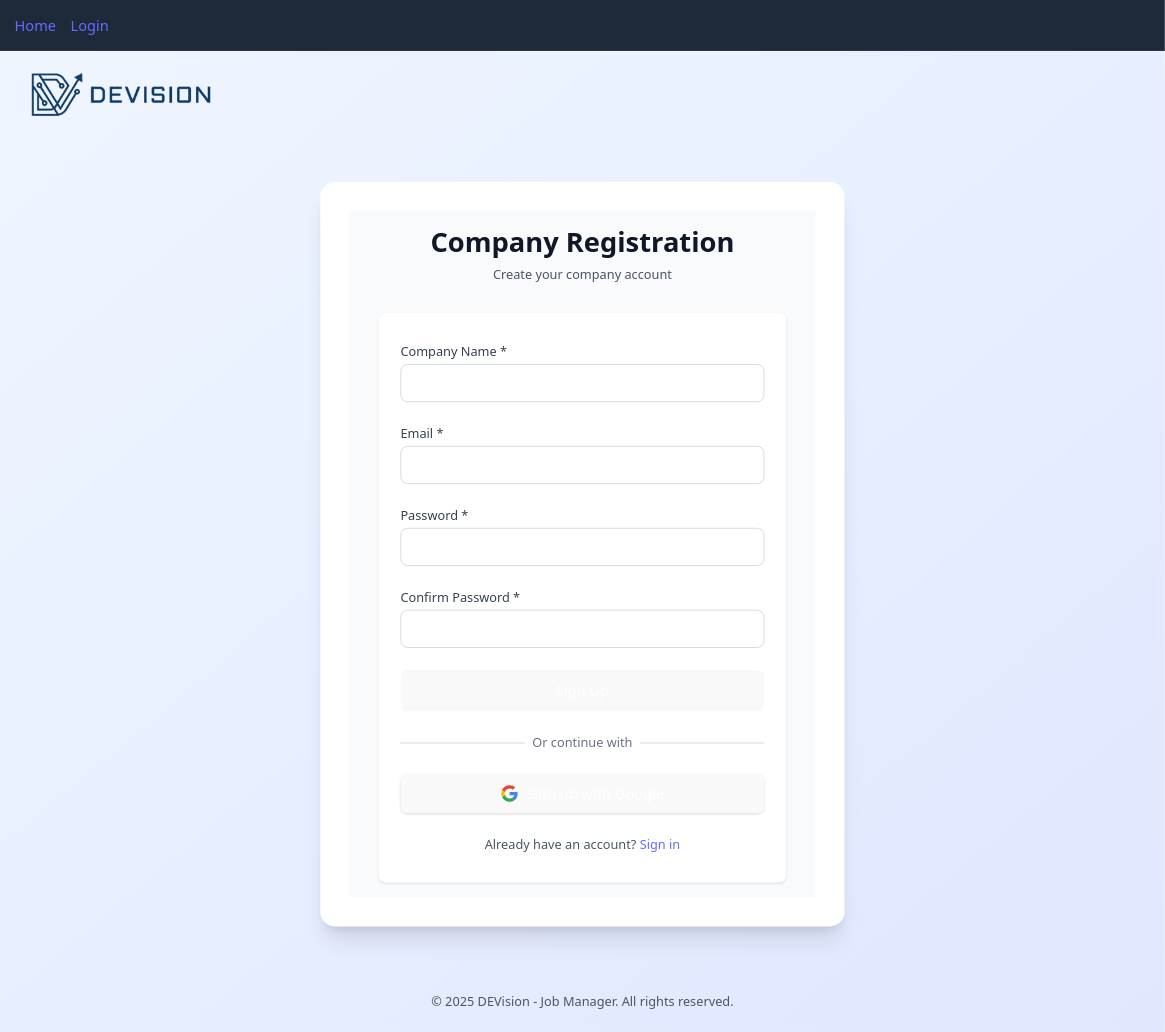
Repository: ISYS3461-2025C-Mulan-DEVision/JobManager_FE
Page: /register
These files come from the project's save history. The page is drawn as it stood at one moment and after the next save; the edit follows.
The browser window is 1280 px wide. The pictures show the whole page, at 91% of full size.
The project was rebuilt for these pictures with package versions that can differ from the ones it lists, and the page was loaded fresh each time. Also part of the build but not shown: vite.config.js, src/pages/Home.tsx, src/components/headless/Table/Table.tsx, src/components/headless/Modal/Modal.tsx, src/components/ui/Card/Card.tsx, src/components/ui/Spinner/Spinner.tsx, src/components/ui/Alert/Alert.tsx, src/components/feature/Authentication/CompanyLogin/CompanyLoginForm.tsx and 4 more.

Above is the page before, as saved 2025-12-12 14:04:56.

### index.html
<!doctype html>
<html lang="en">
  <head>
    <meta charset="UTF-8" />
    <link rel="icon" type="image/svg+xml" href="/logo/logo-icon.png" />
    <meta name="viewport" content="width=device-width, initial-scale=1.0" />
    <title>jobmanager-fe</title>
  </head>
  <body>
    <div id="root"></div>
    <script type="module" src="/src/main.jsx"></script>
  </body>
</html>

### src/main.tsx
import React, { StrictMode } from "react";
import { createRoot } from "react-dom/client";
import "./index.css";
import { BrowserRouter } from "react-router-dom";
import App from "./App.js";
import { Provider } from "react-redux";
import store from "./store/index.js";

const container = document.getElementById("root")!;
if (!container) {
    throw new Error("Root container not found");
} else {
    createRoot(container).render(
        <StrictMode>
            <Provider store={store}>
                <BrowserRouter>
                    <App />
                </BrowserRouter>
            </Provider>
        </StrictMode>,
    );
}

### src/index.css
@import "tailwindcss";

:root {
    font-family: system-ui, Avenir, Helvetica, Arial, sans-serif;
    line-height: 1.5;
    font-weight: 400;

    color-scheme: light dark;
    color: rgba(255, 255, 255, 0.87);
    background-color: #242424;

    font-synthesis: none;
    text-rendering: optimizeLegibility;
    -webkit-font-smoothing: antialiased;
    -moz-osx-font-smoothing: grayscale;
}

a {
    font-weight: 500;
    color: #646cff;
    text-decoration: inherit;
}
a:hover {
    color: #535bf2;
}

body {
    margin: 0;
    min-width: 320px;
    min-height: 100vh;
}

h1 {
    font-size: 3.2em;
    line-height: 1.1;
}

button {
    border-radius: 8px;
    border: 1px solid transparent;
    padding: 0.6em 1.2em;
    font-size: 1em;
    font-weight: 500;
    font-family: inherit;
    background-color: #1a1a1a;
    cursor: pointer;
    transition: border-color 0.25s;
}
button:hover {
    border-color: #646cff;
}
button:focus,
button:focus-visible {
    outline: 4px auto -webkit-focus-ring-color;
}

@media (prefers-color-scheme: light) {
    :root {
        color: #213547;
        background-color: #ffffff;
    }
    a:hover {
        color: #747bff;
    }
    button {
        background-color: #f9f9f9;
    }
}

### src/App.tsx
import { Routes, Route, Link, useLocation } from "react-router-dom";
import Home from "./pages/Home";
import LoginPage from "./pages/LoginPage";
import RegistrationPage from "./pages/RegistrationPage";

function App() {
    const location = useLocation();
    const isAuthPage = location.pathname === "/login";

    return (
        <div>
            {!isAuthPage && (
                <nav className="p-4 bg-gray-800 text-white flex gap-4">
                    <Link to="/">Home</Link>
                    <Link to="/login">Login</Link>
                </nav>
            )}

            <Routes>
                <Route path="/" element={<Home />} />
                <Route path="/login" element={<LoginPage />} />
                <Route path="/register" element={<RegistrationPage />} />
            </Routes>
        </div>
    );
}

export default App;

### src/store/index.ts
import configureStore from "./configureStore";
const store = configureStore();
export default store;

### src/pages/RegistrationPage.tsx
import React from "react";
import { CompanySignup } from "../components/feature/Authentication/CompanySignup";
import AuthLayout from "../layout/AuthLayout";

export default function RegistrationPage() {
    return (
        <AuthLayout>
            <CompanySignup />
        </AuthLayout>
    );
}

### src/store/configureStore.ts
import { createStore, applyMiddleware, Store } from "redux";
import { createLogger } from "redux-logger";
import createSagaMiddleware from "redux-saga";
import { enableBatching } from "redux-batched-actions";
import createReducer from "./reducers";
import rootSaga from "./saga";

const configureStore = (initialState = {}): Store => {
    const rootReducer = createReducer();
    const sagaMiddleware = createSagaMiddleware();

    const middlewares = [sagaMiddleware];

    const isDev = import.meta.env.VITE_NODE_ENV === "development";

    if (isDev) {
        const loggerMiddleware = createLogger({
            collapsed: () => true,
        });
        (middlewares as any[]).push(loggerMiddleware);
    }

    const store = createStore(
        enableBatching(rootReducer),
        initialState,
        applyMiddleware(...middlewares),
    );

    sagaMiddleware.run(rootSaga);

    return store;
};

export default configureStore;

### src/redux/app/actions.ts
import * as types from "./type";

const setLoading = (payload: boolean) => ({ type: types.SET_LOADING, payload });
const setError = (payload: string | null) => ({
    type: types.SET_ERROR,
    payload,
});
const setInitialized = (payload: boolean) => ({
    type: types.SET_INITIALIZED,
    payload,
});
const reset = () => ({ type: types.RESET });

const toggleLoadingAsync = (payload: boolean) => ({
    type: types.TOGGLE_LOADING_ASYNC,
    payload,
});

export default {
    setLoading,
    setError,
    setInitialized,
    reset,
    toggleLoadingAsync,
};

### src/components/feature/Authentication/CompanySignup/index.ts
export { CompanySignup } from "./CompanySignup.tsx";
export { CompanySignupForm } from "./CompanySignupForm.tsx";
export type { SignupPayload, SignupResponse, AuthError } from "./types";

### src/store/reducers.ts
import { combineReducers } from "redux";
import { reducers } from "../redux";
import _ from "lodash";

const appReducer = combineReducers(reducers);
export default function createReducer() {
    const rootReducer = (state, action) => {
        if (action.type === "FORCE_UPDATE_GLOBAL_STATE") {
            return appReducer(_.cloneDeep(action.payload), action as never);
        }
        return appReducer(state, action as never);
    };

    return rootReducer;
}

### src/store/saga.ts
import { all, fork } from "redux-saga/effects";
import { sagas } from "../redux";

export default function* rootSaga() {
    yield all([...Object.values(sagas)].map(fork));
}

### src/redux/app/type.ts
const prefix = "APP/";

export const SET_LOADING = `${prefix}SET_LOADING`;
export const SET_ERROR = `${prefix}SET_ERROR`;
export const SET_INITIALIZED = `${prefix}SET_INITIALIZED`;
export const RESET = `${prefix}RESET`;

// test async action
export const TOGGLE_LOADING_ASYNC = `${prefix}TOGGLE_LOADING_ASYNC`;

### src/components/feature/Authentication/CompanySignup/CompanySignupForm.tsx
import React from "react";
import { Link } from "react-router-dom";
import { Input, Button, Alert, GoogleLogo } from "@/components/ui";
import { SignupPayload } from "./types.ts";

interface CompanySignupFormProps {
    values: SignupPayload;
    errors: Partial<Record<keyof SignupPayload, string>>;
    touched: Partial<Record<keyof SignupPayload, boolean>>;
    handleChange: (e: React.ChangeEvent<HTMLInputElement>) => void;
    handleBlur: (field: keyof SignupPayload) => void;
    handleSubmit: (e: React.FormEvent) => void;
    isLoading: boolean;
    error: string | null;
}

export const CompanySignupForm: React.FC<CompanySignupFormProps> = ({
    values,
    errors,
    touched,
    handleChange,
    handleBlur,
    handleSubmit,
    isLoading,
    error,
}) => {
    return (
        <div className="flex flex-col items-center justify-center bg-gray-50 py-4 px-1 sm:px-6 lg:px-8">
            <div className="text-center mb-8">
                <h2 className="text-3xl font-bold text-gray-900">
                    Company Registration
                </h2>
                <p className="mt-2 text-sm text-gray-600">
                    Create your company account
                </p>
            </div>

            <div className="w-full max-w-md bg-white py-8 px-6 shadow rounded-lg">
                {error && (
                    <Alert type="error" className="mb-4">
                        {error}
                    </Alert>
                )}

                <form onSubmit={handleSubmit} className="space-y-6">
                    <Input
                        label="Company Name *"
                        id="companyName"
                        name="companyName"
                        type="text"
                        autoComplete="organization"
                        required
                        value={values.companyName}
                        onChange={handleChange}
                        onBlur={() => handleBlur("companyName")}
                        error={touched.companyName ? errors.companyName : undefined}
                        fullWidth
                    />

                    <Input
                        label="Email *"
                        id="email"
                        name="email"
                        type="email"
                        autoComplete="email"
                        required
                        value={values.email}
                        onChange={handleChange}
                        onBlur={() => handleBlur("email")}
                        error={touched.email ? errors.email : undefined}
                        fullWidth
                    />

                    <Input
                        label="Password *"
                        id="password"
                        name="password"
                        type="password"
                        autoComplete="new-password"
                        required
                        value={values.password}
                        onChange={handleChange}
                        onBlur={() => handleBlur("password")}
                        error={touched.password ? errors.password : undefined}
                        fullWidth
                    />

                    <Input
                        label="Confirm Password *"
                        id="confirmPassword"
                        name="confirmPassword"
                        type="password"
                        autoComplete="new-password"
                        required
                        value={values.confirmPassword}
                        onChange={handleChange}
                        onBlur={() => handleBlur("confirmPassword")}
                        error={touched.confirmPassword ? errors.confirmPassword : undefined}
                        fullWidth
                    />

                    <Button
                        type="submit"
                        variant="primary"
                        size="lg"
                        fullWidth
                        isLoading={isLoading}
                    >
                        Sign Up
                    </Button>
                </form>

                <div className="mt-6">
                    <div className="relative">
                        <div className="absolute inset-0 flex items-center">
                            <div className="w-full border-t border-gray-300"></div>
                        </div>
                        <div className="relative flex justify-center text-sm">
                            <span className="px-2 bg-white text-gray-500">
                                Or continue with
                            </span>
                        </div>
                    </div>

                    <div className="mt-6">
                        <button
                            type="button"
                            onClick={() => {
                                // TODO: Implement Google OAuth flow
                                window.location.href = `${import.meta.env.VITE_API_URL || ''}/auth/google`;
                            }}
                            className="w-full inline-flex justify-center items-center px-4 py-2 border border-gray-300 shadow-sm text-sm font-medium rounded-md text-white bg-white hover:bg-gray-50 focus:outline-none focus:ring-2 focus:ring-offset-2 focus:ring-blue-500 transition-colors"
                        >
                            <GoogleLogo className="mr-2" />
                            Sign up with Google
                        </button>
                    </div>
                </div>

                <div className="mt-6 text-center">
                    <p className="text-sm text-gray-600">
                        Already have an account?{" "}
                        <Link
                            to="/login"
                            className="font-medium text-blue-600 hover:text-blue-500"
                        >
                            Sign in
                        </Link>
                    </p>
                </div>
            </div>
        </div>
    );
};

### src/redux/index.ts
const loadModules = (modules: Record<string, any>, hasDefault = false) =>
    Object.entries(modules).map(([path, mod]) => {
        const parts = path.split("/");
        return {
            name: parts.at(-1)!.replace(".js", "").toUpperCase(),
            key: parts.at(-2)!,
            data: hasDefault ? mod.default : mod,
        };
    });

const rawActions = loadModules(
    import.meta.glob("./**/actions.ts", { eager: true }),
    true,
);

const rawTypes = loadModules(
    import.meta.glob("./**/types.ts", { eager: true }),
    false,
);

const rawReducers = loadModules(
    import.meta.glob("./**/reducer.ts", { eager: true }),
    true,
);

const rawSagas = loadModules(
    import.meta.glob("./**/saga.ts", { eager: true }),
    false,
);

// Final exports
export const actions = rawActions.reduce((p, e) => ({ ...p, ...e.data }), {});
export const types = rawTypes.reduce((p, e) => ({ ...p, ...e.data }), {});
export const reducers = rawReducers.reduce(
    (p, e) => ({ ...p, [e.key]: e.data }),
    {},
);
export const sagas = rawSagas.reduce((p, e) => ({ ...p, ...e.data }), {});

### src/components/headless/index.ts
// Headless Components - Logic without UI
export { HeadlessForm } from "./Form";
export { HeadlessTable } from "./Table";
export { useTable } from "./Table/useTable";
export { HeadlessModal } from "./Modal";

// Types
export * from "./types";
export type { TableColumn } from "./Table/useTable";

### src/components/feature/Authentication/CompanySignup/hooks/useCompanySignup.ts
import { useState } from "react";
import AuthService, { SignupPayload } from "../../api/AuthService.ts";

export const useCompanySignup = () => {
    const [isLoading, setIsLoading] = useState(false);
    const [error, setError] = useState<string | null>(null);

    const signup = async (formData: SignupPayload) => {
        setIsLoading(true);
        setError(null);

        try {
            await AuthService.signupCompany(formData);
            // Handle success (e.g., redirect, store token)
            console.log("Signup successful");
        } catch (err) {
            setError("Failed to sign up. Please try again.");
            console.error(err);
        } finally {
            setIsLoading(false);
        }
    };

    return {
        signup,
        isLoading,
        error,
    };
};

### src/components/ui/index.ts
// UI Components - Presentational components with styling
export * from "./Button";
export * from "./Input";
export * from "./Card";
export * from "./Spinner";
export * from "./Alert";
export * from "./GoogleLogo";

### src/redux/app/reducer.ts
import * as types from "./type";
export interface AppState {
    loading: boolean;
    error: string | null;
    initialized?: boolean;
    test: string;
}

const INITIAL_STATE: AppState = {
    loading: true,
    error: null,
    initialized: false,
    test: "test",
};

type Action = { type: string; payload?: any };

export default function appReducer(
    state: AppState = INITIAL_STATE,
    action: Action,
): AppState {
    switch (action.type) {
        case types.SET_LOADING:
            return { ...state, loading: !!action.payload };
        case types.SET_ERROR:
            return { ...state, error: action.payload ?? null, loading: false };
        case types.SET_INITIALIZED:
            return { ...state, initialized: !!action.payload };
        case types.RESET:
            return { ...INITIAL_STATE };
        default:
            return state;
    }
}

### src/redux/app/saga.ts
import { takeEvery, put, delay } from "redux-saga/effects";
import * as types from "./type";
import actions from "./actions";

function* handleToggleLoading(action: any) {
    yield delay(300);
    yield put(actions.setLoading(action.payload));
}

export function* watchToggleLoading() {
    yield takeEvery(types.TOGGLE_LOADING_ASYNC, handleToggleLoading);
}

### src/components/headless/Form/index.ts
export { HeadlessForm } from "./Form";

### src/components/headless/Table/index.ts
export { HeadlessTable } from "./Table";
export { useTable } from "./useTable";
export type { TableColumn } from "./useTable";

### src/components/headless/Modal/index.ts
export { HeadlessModal } from "./Modal";

### src/components/feature/Authentication/api/AuthService.ts
// import { HttpClient } from "../../../../services/httpClient";

export interface LoginPayload {
    email: string;
    password: string;
}

export interface SignupPayload {
    companyName: string;
    email: string;
    password: string;
    confirmPassword: string;
}

export const loginCompany = async (payload: LoginPayload) => {
    // Replace with actual API endpoint
    // return HttpClient.post('/auth/company/login', payload);

    // Mock implementation for now
    console.log("Logging in company with:", payload);
    return new Promise((resolve) => {
        setTimeout(
            () =>
                resolve({
                    token: "mock-token",
                    user: { name: "Company Admin" },
                }),
            1000,
        );
    });
};

export const signupCompany = async (payload: SignupPayload) => {
    // Replace with actual API endpoint
    // return HttpClient.post('/auth/company/signup', payload);

    // Mock implementation for now
    console.log("Signing up company with:", payload);
    return new Promise((resolve) => {
        setTimeout(
            () =>
                resolve({
                    token: "mock-token",
                    user: { name: payload.companyName },
                }),
            1000,
        );
    });
};

const AuthService = {
    loginCompany,
    signupCompany,
};

export default AuthService;

### src/components/ui/Button/index.ts
export { Button } from "./Button";
export type { ButtonProps } from "./Button";

### src/components/ui/Input/index.ts
export { Input } from "./Input";
export type { InputProps } from "./Input";

### src/components/ui/Card/index.ts
export { Card, CardHeader, CardBody, CardFooter } from "./Card";
export type { CardProps } from "./Card";

### src/components/ui/Spinner/index.ts
export { Spinner } from "./Spinner";
export type { SpinnerProps } from "./Spinner";

### src/components/ui/Alert/index.ts
export { Alert } from "./Alert";
export type { AlertProps } from "./Alert";

### src/components/ui/GoogleLogo/index.ts
export { GoogleLogo } from "./GoogleLogo";
export type { GoogleLogoProps } from "./GoogleLogo";

### src/components/ui/Input/Input.tsx
import React from "react";
import clsx from "clsx";

export interface InputProps extends React.InputHTMLAttributes<HTMLInputElement> {
    label?: string;
    error?: string;
    helperText?: string;
    fullWidth?: boolean;
}

export const Input: React.FC<InputProps> = ({
    label,
    error,
    helperText,
    fullWidth = false,
    className,
    id,
    ...props
}) => {
    const inputId = id || label?.toLowerCase().replace(/\s+/g, "-");

    return (
        <div className={clsx("flex flex-col gap-1", fullWidth && "w-full")}>
            {label && (
                <label
                    htmlFor={inputId}
                    className="text-sm font-medium text-gray-700"
                >
                    {label}
                </label>
            )}
            <input
                id={inputId}
                className={clsx(
                    "px-3 py-2 border rounded-lg focus:outline-none focus:ring-2 transition-colors",
                    "text-gray-900 placeholder:text-gray-400",
                    error
                        ? "border-red-500 focus:ring-red-500 focus:border-red-500"
                        : "border-gray-300 focus:ring-blue-500 focus:border-blue-500",
                    props.disabled && "bg-gray-100 cursor-not-allowed",
                    className,
                )}
                {...props}
            />
            {error && <span className="text-sm text-red-600">{error}</span>}
            {helperText && !error && (
                <span className="text-sm text-gray-500">{helperText}</span>
            )}
        </div>
    );
};

### src/components/ui/GoogleLogo/GoogleLogo.tsx
import React from "react";
import clsx from "clsx";

export interface GoogleLogoProps {
    size?: "sm" | "md" | "lg";
    className?: string;
}

export const GoogleLogo: React.FC<GoogleLogoProps> = ({
    size = "md",
    className,
}) => {
    const sizeClasses = {
        sm: "w-4 h-4",
        md: "w-5 h-5",
        lg: "w-6 h-6",
    };

    return (
        <svg
            className={clsx(sizeClasses[size], className)}
            viewBox="0 0 24 24"
            xmlns="http://www.w3.org/2000/svg"
        >
            <path
                d="M22.56 12.25c0-.78-.07-1.53-.2-2.25H12v4.26h5.92c-.26 1.37-1.04 2.53-2.21 3.31v2.77h3.57c2.08-1.92 3.28-4.74 3.28-8.09z"
                fill="#4285F4"
            />
            <path
                d="M12 23c2.97 0 5.46-.98 7.28-2.66l-3.57-2.77c-.98.66-2.23 1.06-3.71 1.06-2.86 0-5.29-1.93-6.16-4.53H2.18v2.84C3.99 20.53 7.7 23 12 23z"
                fill="#34A853"
            />
            <path
                d="M5.84 14.09c-.22-.66-.35-1.36-.35-2.09s.13-1.43.35-2.09V7.07H2.18C1.43 8.55 1 10.22 1 12s.43 3.45 1.18 4.93l2.85-2.22.81-.62z"
                fill="#FBBC05"
            />
            <path
                d="M12 5.38c1.62 0 3.06.56 4.21 1.64l3.15-3.15C17.45 2.09 14.97 1 12 1 7.7 1 3.99 3.47 2.18 7.07l3.66 2.84c.87-2.6 3.3-4.53 6.16-4.53z"
                fill="#EA4335"
            />
        </svg>
    );
};

Loaded but not shown: src/components/ui/Button/Button.tsx (81 lines, source omitted); src/components/headless/Form/Form.tsx (93 lines, source omitted); src/layout/AuthLayout.tsx (54 lines, source omitted); src/components/headless/types.ts (71 lines, source omitted); src/components/headless/Table/useTable.ts (76 lines, source omitted); src/components/feature/Authentication/CompanySignup/CompanySignup.tsx (54 lines, source omitted)

After the next save:
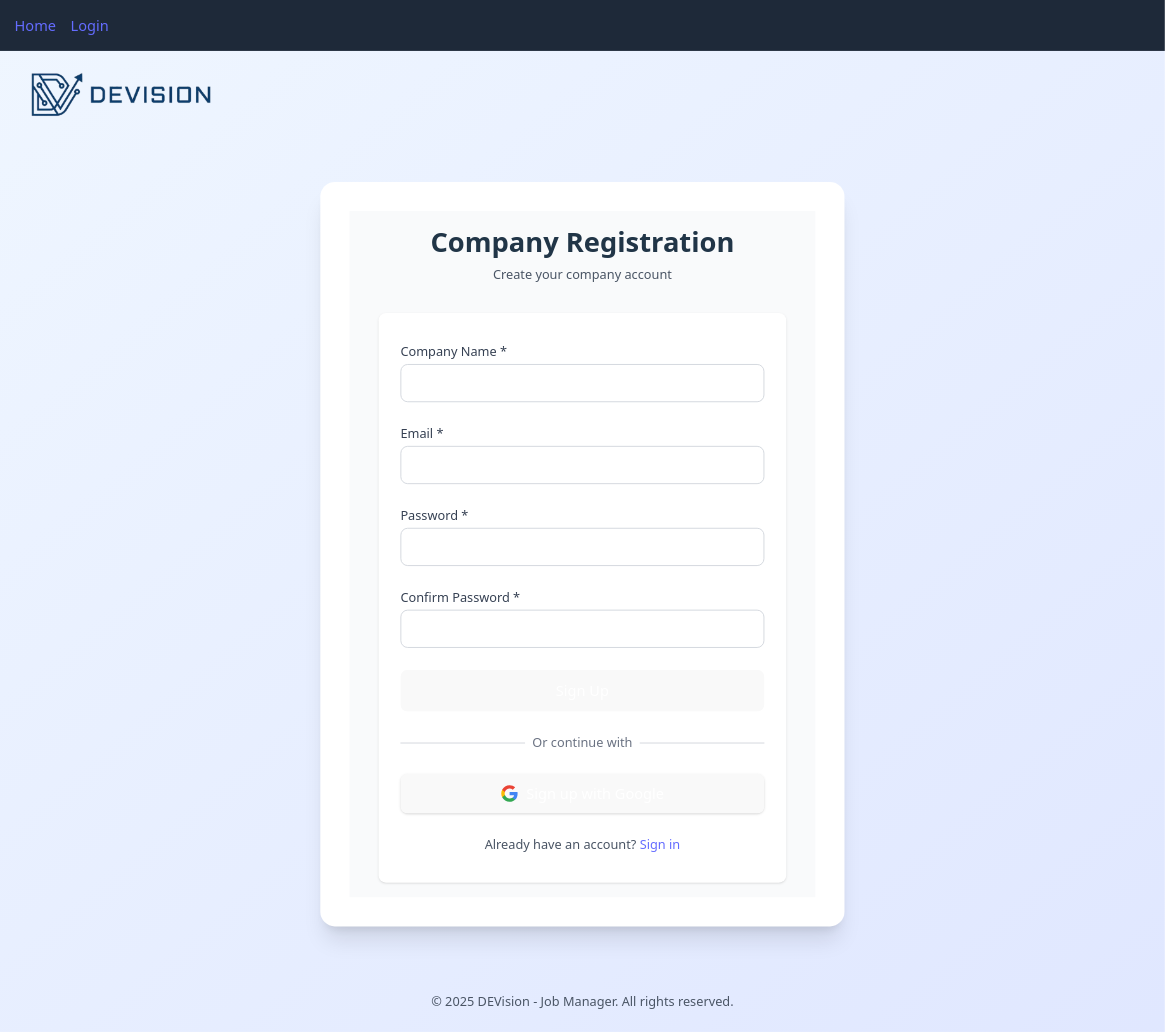
Saved 5 s later.
--- a/src/components/feature/Authentication/CompanySignup/CompanySignupForm.tsx
+++ b/src/components/feature/Authentication/CompanySignup/CompanySignupForm.tsx
@@ -27,7 +27,7 @@ export const CompanySignupForm: React.FC<CompanySignupFormProps> = ({
     return (
         <div className="flex flex-col items-center justify-center bg-gray-50 py-4 px-1 sm:px-6 lg:px-8">
             <div className="text-center mb-8">
-                <h2 className="text-3xl font-bold text-gray-900">
+                <h2 className="text-3xl font-bold text-heading-text">
                     Company Registration
                 </h2>
                 <p className="mt-2 text-sm text-gray-600">
